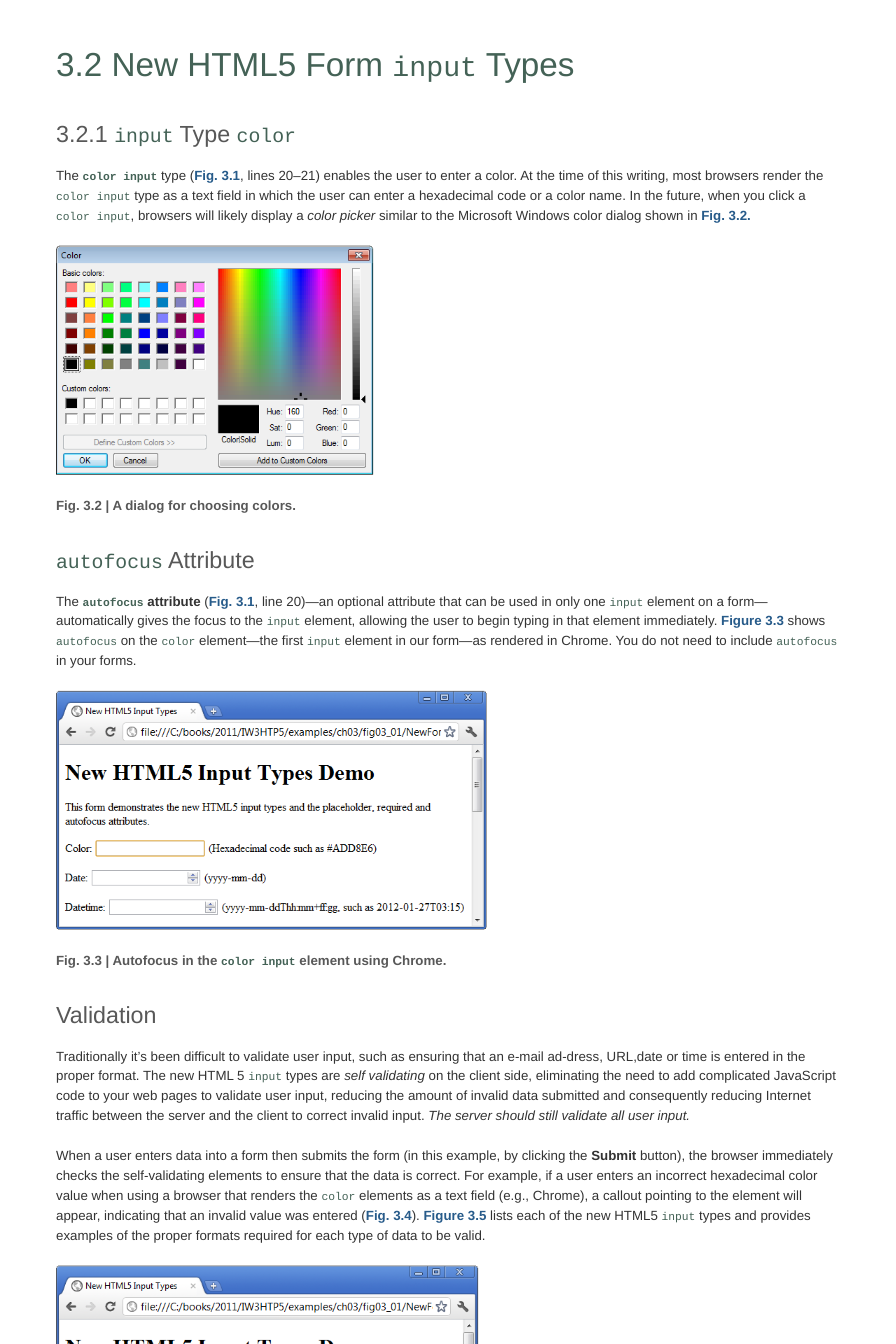
Repository: mlmEFSC21/P4-Textbook-Copy
Page: index.html
The author's editor kept a copy of each file at every save. The page is drawn from the files as they stood at one save, then again after the next save.
The browser window is 1280 px wide. The pictures show the part of the page from y = 0 to 1920 px (the page is 3064 px tall before and 3019 px after), at 70% of full size.

Above is the page before, as saved 2022-02-03 20:11:15.

### index.html
<!DOCTYPE html>
<html lang="en">
    <head>
        <meta charset="UTF-8" />
        <meta http-equiv="X-UA-Compatible" content="IE=edge" />
        <meta name="viewport" content="width=device-width, initial-scale=1.0" />
        <link rel="stylesheet" href="bookStyles.css" />
        <title>Laying Out Book Pages</title>
    </head>
    <body>
        <header>
            <!-- This is the header from the top of the page. Acts as a placeholder for Fig-1 as it wasn't included. -->
            <h1 id="fig-1-placeholder">
                3.2 New HTML5 Form <code><span class="header1">input</span></code> Types
            </h1>
        </header>
        <section class="color-input-type">
            <header>
                <h1>3.2.1 <code>input</code> Type <code>color</code></h1>
            </header>
            <p>
                The <code><span class="code-heavy">color input</span></code> type (<a
                    href="#fig-1-placeholder"
                    >Fig. 3.1</a
                >, lines 20–21) enables the user to enter a color. At the time of this writing, most
                browsers render the <code>color input</code> type as a text field in which the user
                can enter a hexadecimal code or a color name. In the future, when you click a
                <code>color input</code>, browsers will likely display a
                <em>color picker</em> similar to the Microsoft Windows color dialog shown in
                <a href="#color-input">Fig. 3.2.</a>
            </p>
            <figure>
                <img
                    src="images/OperaColorInput.png"
                    alt="Microsoft Windows color dialog"
                    id="color-input"
                />
                <figcaption>
                    <header>
                        <h1 class="fig-cap">Fig. 3.2 | A dialog for choosing colors.</h1>
                    </header>
                </figcaption>
            </figure>
        </section>
        <section class="autofocus-attribute">
            <header>
                <h1><code>autofocus</code> Attribute</h1>
            </header>
            <p>
                The <code><span class="code-heavy">autofocus</span></code>
                <strong>attribute</strong> (<a href="#fig-1-placeholder">Fig. 3.1</a>, line 20)—an
                optional attribute that can be used in only one <code>input</code> element on a
                form—automatically gives the focus to the <code>input</code> element, allowing the
                user to begin typing in that element immediately.
                <a href="#autofocus">Figure 3.3</a> shows <code>autofocus</code> on the
                <code>color</code> element—the first <code>input</code> element in our form—as
                rendered in Chrome. You do not need to include <code>autofocus</code> in your forms.
            </p>
            <figure>
                <img
                    src="images/Autofocus.png"
                    alt="web page demo of autofocus on a color input field"
                    id="autofocus"
                />
                <figcaption>
                    <header>
                        <h1 class="fig-cap">
                            Fig. 3.3 | Autofocus in the
                            <code><span class="code-heavy">color input</span></code> element using
                            Chrome.
                        </h1>
                    </header>
                </figcaption>
            </figure>
        </section>
        <section class="input-validation">
            <header>
                <h1>Validation</h1>
            </header>
            <p>
                Traditionally it’s been difficult to validate user input, such as ensuring that an
                e-mail ad-dress, URL,date or time is entered in the proper format. The new HTML 5
                <code>input</code> types are <em>self validating</em> on the client side,
                eliminating the need to add complicated JavaScript code to your web pages to
                validate user input, reducing the amount of invalid data submitted and consequently
                reducing Internet traffic between the server and the client to correct invalid
                input. <em>The server should still validate all user input.</em>
            </p>
            <p>
                When a user enters data into a form then submits the form (in this example, by
                clicking the <strong>Submit</strong> button), the browser immediately checks the
                self-validating elements to ensure that the data is correct. For example, if a user
                enters an incorrect hexadecimal color value when using a browser that renders the
                <code>color</code> elements as a text field (e.g., Chrome), a callout pointing to
                the element will appear, indicating that an invalid value was entered (<a
                    href="#self-validation"
                    >Fig. 3.4</a
                >). <a href="#fig-3.5-table">Figure 3.5</a> lists each of the new HTML5
                <code>input</code> types and provides examples of the proper formats required for
                each type of data to be valid.
            </p>
            <figure>
                <img
                    src="images/SelfValidationChrome.png"
                    alt="web page demo of validation preventing a non color input into a color input field"
                    id="self-validation"
                />
                <figcaption>
                    <header>
                        <h1 class="fig-cap">
                            3.4 | Validating a
                            <code><span class="code-heavy">color input</span></code> in Chrome.
                        </h1>
                    </header>
                </figcaption>
            </figure>
        </section>
        <section class="self-validating-types">
            <figure>
                <figcaption>
                    <header>
                        <h1 class="fig-cap">
                            Fig. 3.5 Self-validating
                            <code><span class="code-heavy">input</span></code> types.
                        </h1>
                    </header>
                </figcaption>
                <table class="validation-table" id="fig-3.5-table">
                    <thead>
                        <th>input type</tr>
                        <th>Format</th>
                    </thead>
                    <tbody>
                        <tr>
                            <td><code>color</code></td>
                            <td>Hexadecimal code</td>
                        </tr>
                        <tr>
                            <td><code>date</code></td>
                            <td><code>yyyy-mm-dd</code></td>
                        </tr>
                        <tr>
                            <td><code>datetime</code></td>
                            <td><code>yyyy-mm-dd</code></td>
                        </tr>
                        <tr>
                            <td><code>datetime-local</code></td>
                            <td><code>yyyy-mm-ddThh:mm</code></td>
                        </tr>
                        <tr>
                            <td><code>month</code></td>
                            <td><code>yyyy-mm</code></td>
                        </tr>
                        <tr>
                            <td><code>number</code></td>
                            <td>Any numerical value</td>
                        </tr>
                        <tr>
                            <td><code>email</code></td>
                            <td><code>name@domain.com</code></td>
                        </tr>
                        <tr>
                            <td><code>url</code></td>
                            <td>
                                <a href="http://www.domainname.com"
                                    ><code>http://www.domainname.com</code></a
                                >
                            </td>
                        </tr>
                        <tr>
                            <td><code>time</code></td>
                            <td><code>hh:mm</code></td>
                        </tr>
                        <tr>
                            <td><code>week</code></td>
                            <td><code>yyyy-Wnn</code></td>
                        </tr>
                    </tbody>
                </table>
            </figure>
            <aside>
                <p>
                    If you want to bypass validation, you can add the
                    <code><span class="code-heavy">formnovalidate</span></code>
                    <strong>attribute</strong> to <code>input</code> type <code>submit</code> in
                    line 101:
                </p>
                <div class="form-no-val">
                    <span class="code-heavy"
                        ><code
                            >&lt;input type = "submit" value = "Submit" formnovalidate/&gt;</code
                        ></span
                    >
                </div>
            </aside>
        </section>
    </body>
</html>

### bookStyles.css
:root {
    --clr-prime: #;
    --clr-font-prime: #333;
    --clr-font-code: #446256;
    --clr-font-links: #275b8a;
    --clr-font-fig-figcap: #585858;
    --clr-table-border: #467273;
    --clr-background: white;
    --clr-background-accent: rgba(70, 114, 115, 0.15);
}
*,
*::before,
*::after {
    margin: 0;
    padding: 0;
    box-sizing: border-box;
}
html {
    font-size: 19px;
    font-family: sans-serif;
}
body {
    font-family: "Helvetica Neue", Helvetica, Arial, "Lucida Grande", sans-serif;
    margin: 57px 0;
    padding: 0 80px;
    padding: auto;
    line-height: 1.5;
    background-color: var(--clr-background);
    color: var(--clr-font-prime);
}
h1 {
    font-size: 2.5em;
    margin-top: 1.15em;
    margin-bottom: 0.6em;
    font-style: normal;
    font-weight: 300;
    line-height: 1.5;
}
section header h1 {
    color: #585858;
    font-size: 1.75em;
    font-style: normal;
    font-weight: 300;
}
h1,
code {
    color: var(--clr-font-code);
}
figure figcaption {
    margin-top: 0.75em;
    color: var(--clr-font-fig-figcap);
    font-weight: 300;
}
figure header h1 {
    margin-bottom: 0;
    font-size: 1em;
    color: var(--clr-font-fig-figcap);
    font-weight: 700;
}
code {
    font-family: Courier, "Courier New", monospace;
    font-size: 0.85em;
}
.code-heavy {
    font-weight: 900;
}
p {
    margin-bottom: 1.5em;
}
table {
    width: 100%;
    border-style: solid;
    border-width: 2px 1px 2px;
    border-color: var(--clr-table-border);
    border-radius: 0;
    font-size: 0.9em;
    line-height: 1.5em;
    border-collapse: collapse;
}
table th {
    padding: 0.75em;
    margin: 0;
    vertical-align: top;
    text-align: left;
    color: #2c6655;
    font-style: normal;
    font-weight: 600;
    border: 1px solid var(--clr-table-border);
}
tbody {
    display: table-row-group;
}
tr {
    display: table-row;
    vertical-align: baseline;
}
table td {
    border: 1px solid var(--clr-table-border);
    padding: 0.75em;
    margin: 0;
    vertical-align: top;
    text-align: left;
}
div {
    padding: 1.5em 0 1.5em 2em;
}
th,
div {
    background-color: var(--clr-background-accent);
}
a {
    color: var(--clr-font-links);
    text-decoration: none;
    font-weight: 700;
    cursor: pointer;
}

After the next save:
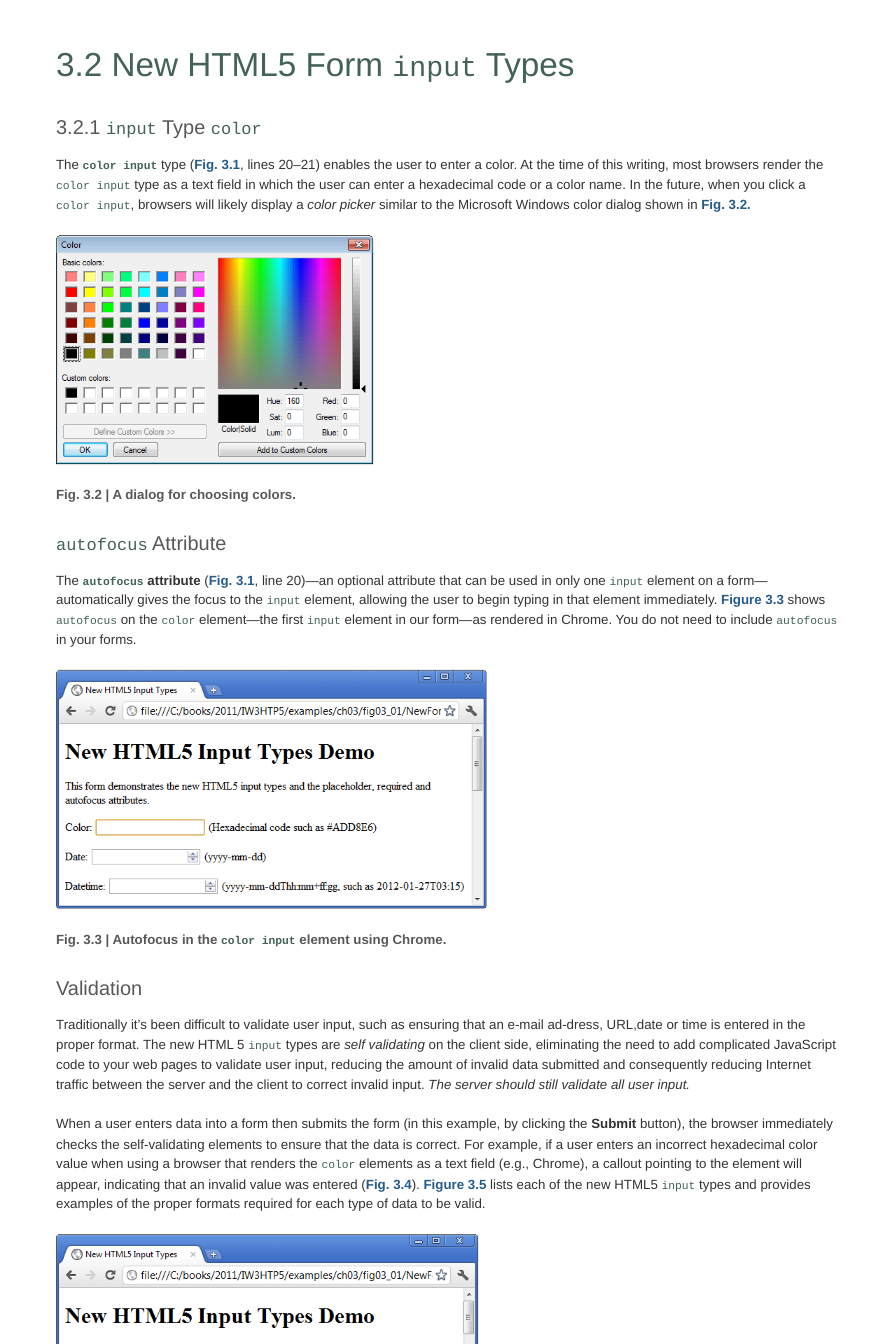
Saved 10 s later.
--- a/bookStyles.css
+++ b/bookStyles.css
@@ -38,7 +38,7 @@
 }
 section header h1 {
     color: #585858;
-    font-size: 1.75em;
+    font-size: 1.5em;
     font-style: normal;
     font-weight: 300;
 }

After the save that followed:
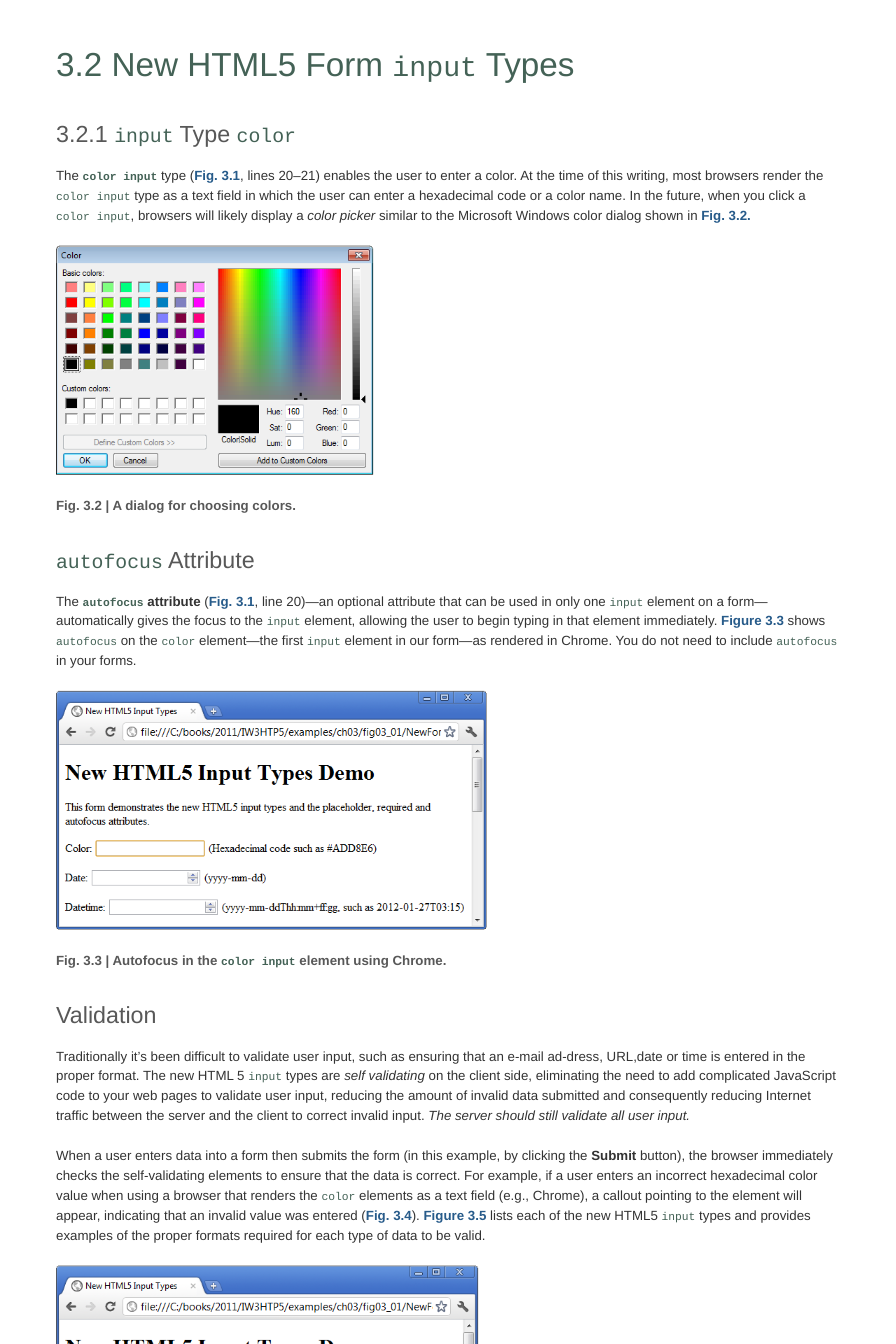
Saved 17 s later.
--- a/bookStyles.css
+++ b/bookStyles.css
@@ -38,7 +38,7 @@
 }
 section header h1 {
     color: #585858;
-    font-size: 1.5em;
+    font-size: 1.75em;
     font-style: normal;
     font-weight: 300;
 }
